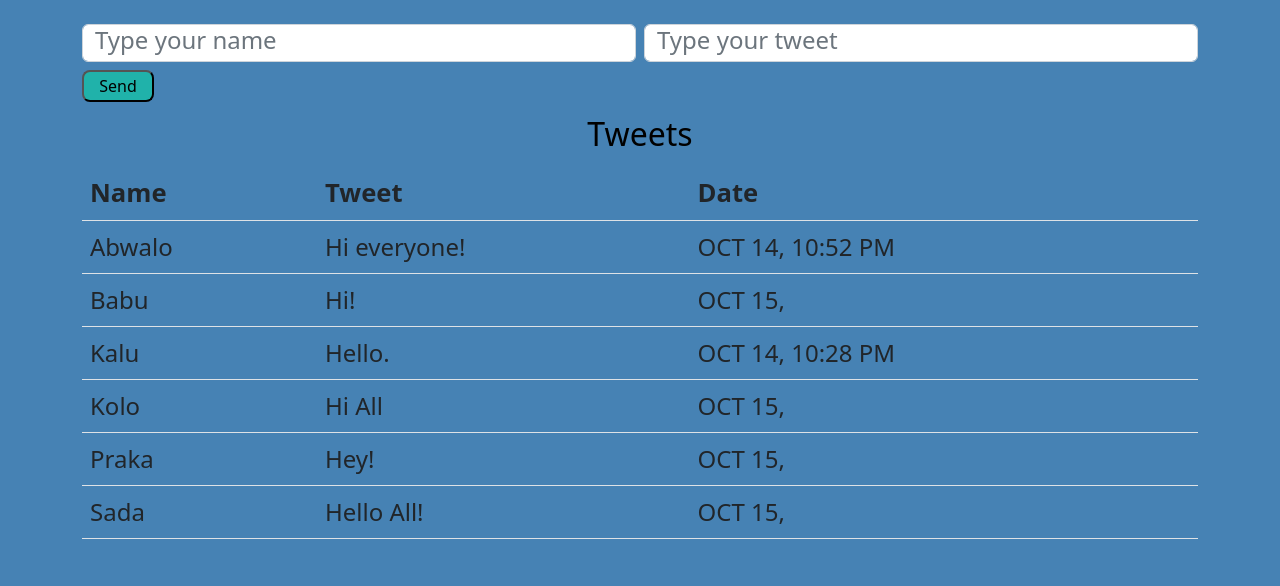
Repository: ShindanoSingi/poor-man-tweeter
Page: http://localhost/
An editor plug-in stored every save of this project. The page is shown before and after the next save, followed by the edit.
The browser window is 1280 px wide. The pictures show the whole page.
Some web libraries are served in a nearby version. The page is served by the project's application, run on Django 4.2 (poormantweeter/manage.py). The page reads the database file committed with the project.

Above is the page before, as saved 2022-10-14 19:58:49.

After the next save:
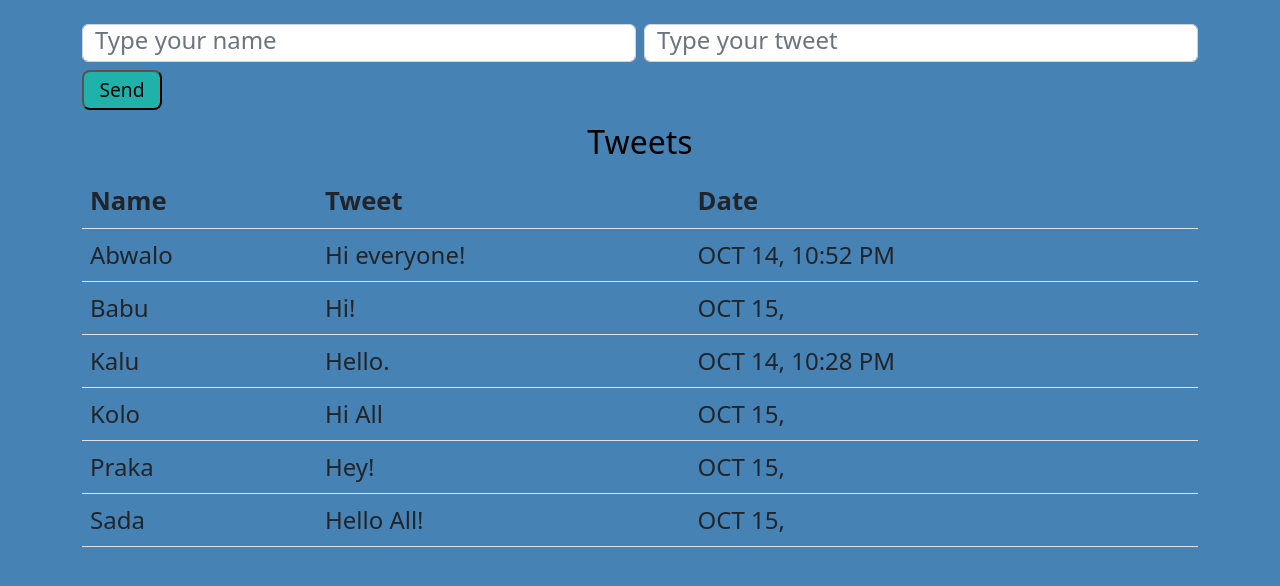
Saved 8 s later.
--- a/poormantweeter/poormantweeterapp/templates/poormantweeterapp/index.html
+++ b/poormantweeter/poormantweeterapp/templates/poormantweeterapp/index.html
@@ -341,7 +341,7 @@ td{
   font-size: 1.5rem;
 }
 
-// The send button
+
 .submit-button{
   width: 5rem;
   height: 2.5rem;
